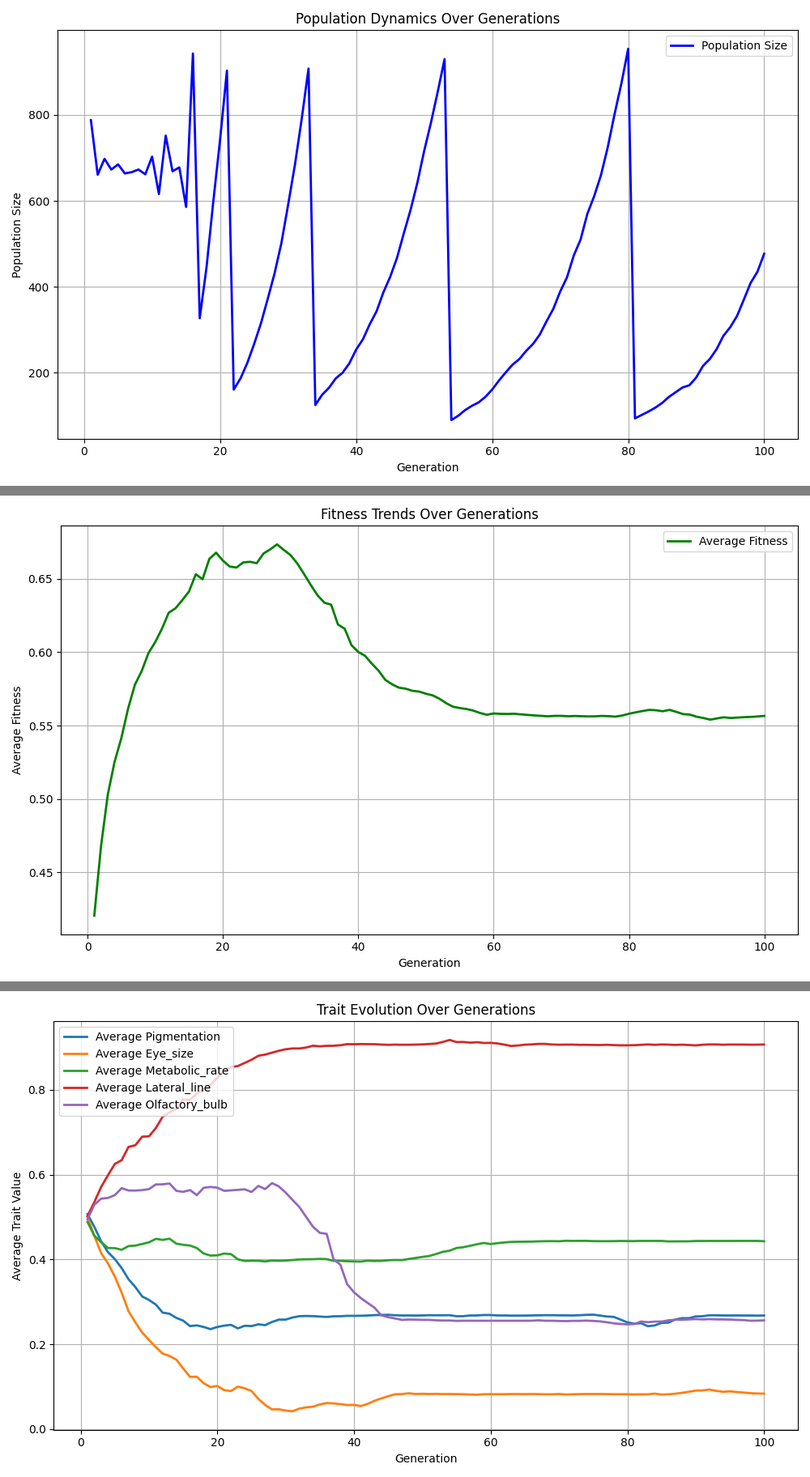
Repository: Christopher-Xu1/CaveEvolutionSimulator
Script's output: python src/simulation.py
The author's editor kept a copy of each file at every save. The script's output is drawn from the files as they stood at one save, then again after a run of saves.
The pictures are shown at 81% of full size.
Each picture stacks the figures in order, with grey between them; figures that are only written to a file come last. Random numbers start from a fixed seed.

Above is the script's output before, as saved 2024-12-20 17:23:34.

After the next 2 saves:
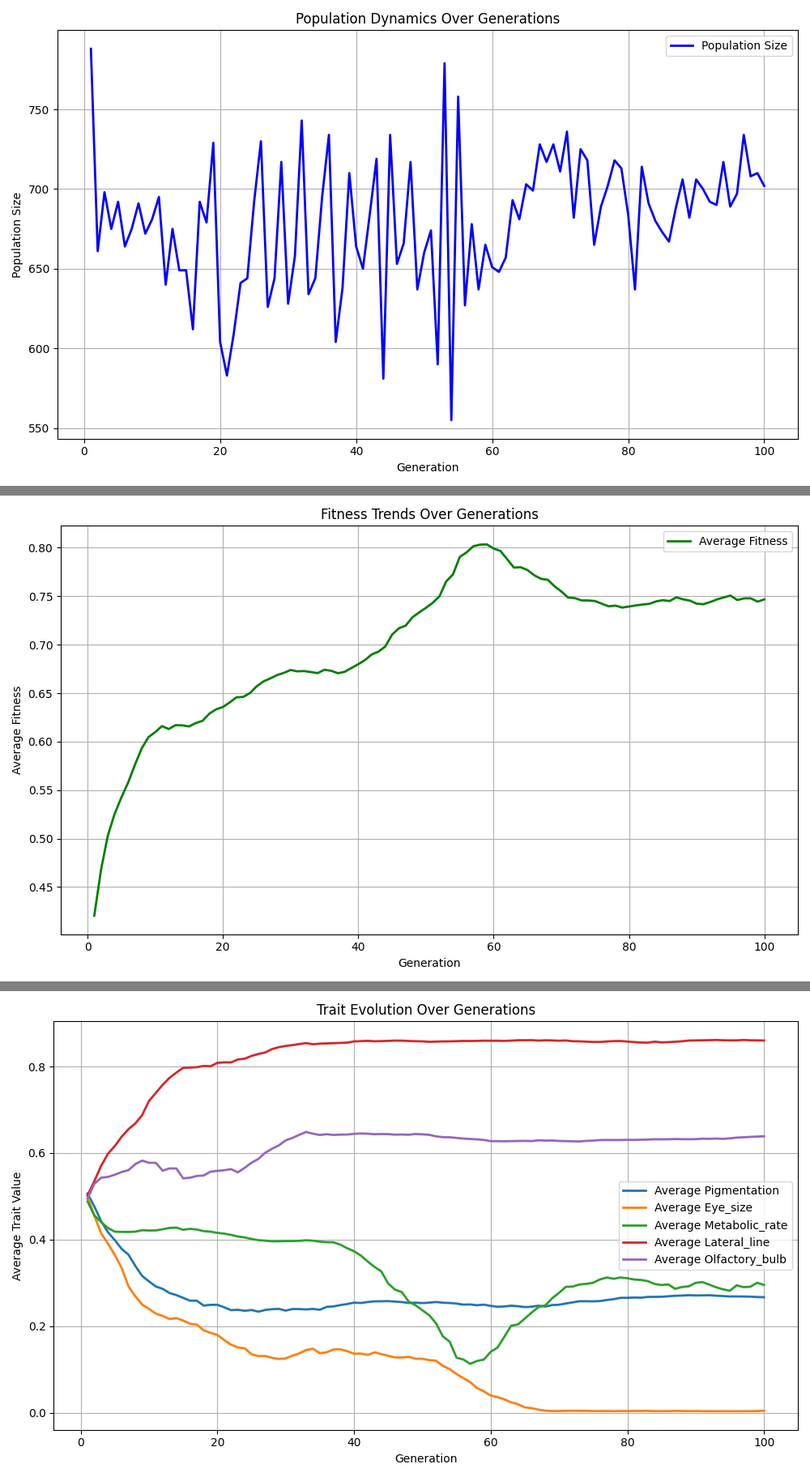
The 2 saves are shown as one change because they came seconds apart.
The last was saved 10 s later.
--- a/src/simulation.py
+++ b/src/simulation.py
@@ -147,6 +147,8 @@ def run_simulation(
         resource_usage = (sum(patch['food_availability'] for patch in environment.patches) * np.mean(trait_averages["metabolic_rate"])) / carrying_capacity
         resource_usage_over_time.append(resource_usage)
 
+        environment.replenish_food()
+
         # Collect population size data
         population_sizes.append(len(population))
 
